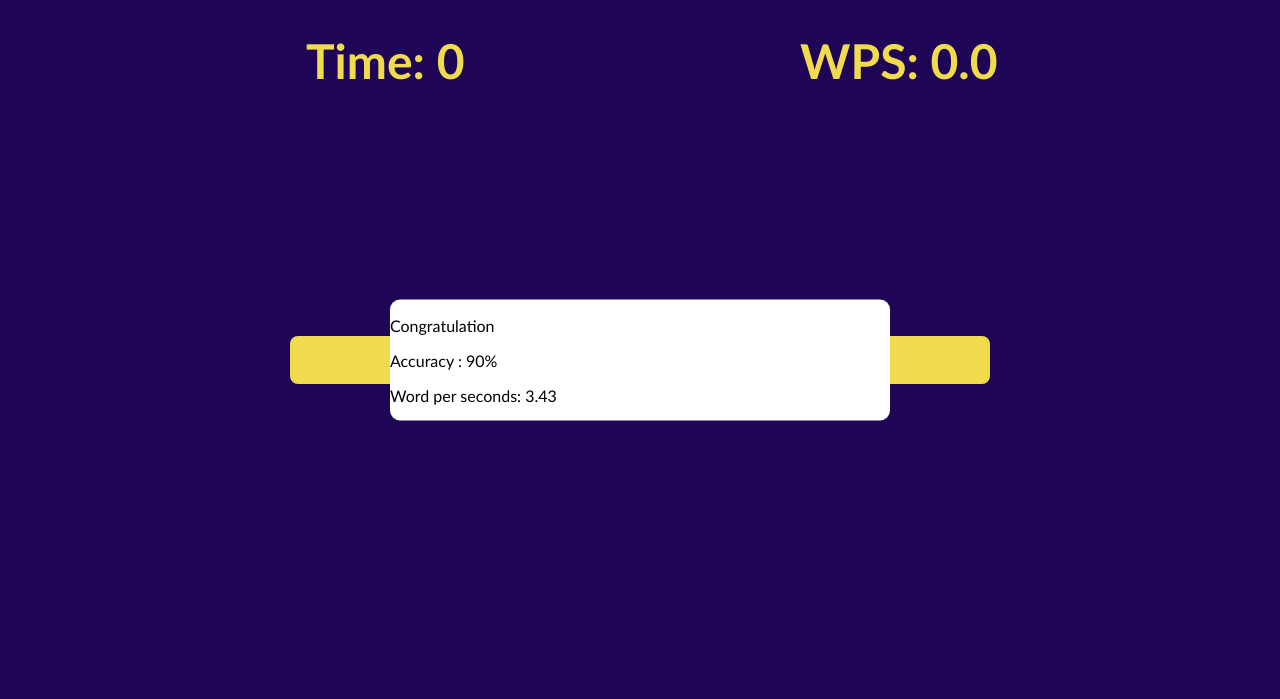
Repository: KhangNguyenIU/Vanilajs-TypingSpeed
Page: index.html
An editor plug-in stored every save of this project. The page is shown before and after the next save, followed by the edit.
The browser window is 1280 px wide. The pictures show the whole page.
The page's requests for data from a server got no answer.

Above is the page before, as saved 2021-10-15 11:11:04.

After the next save:
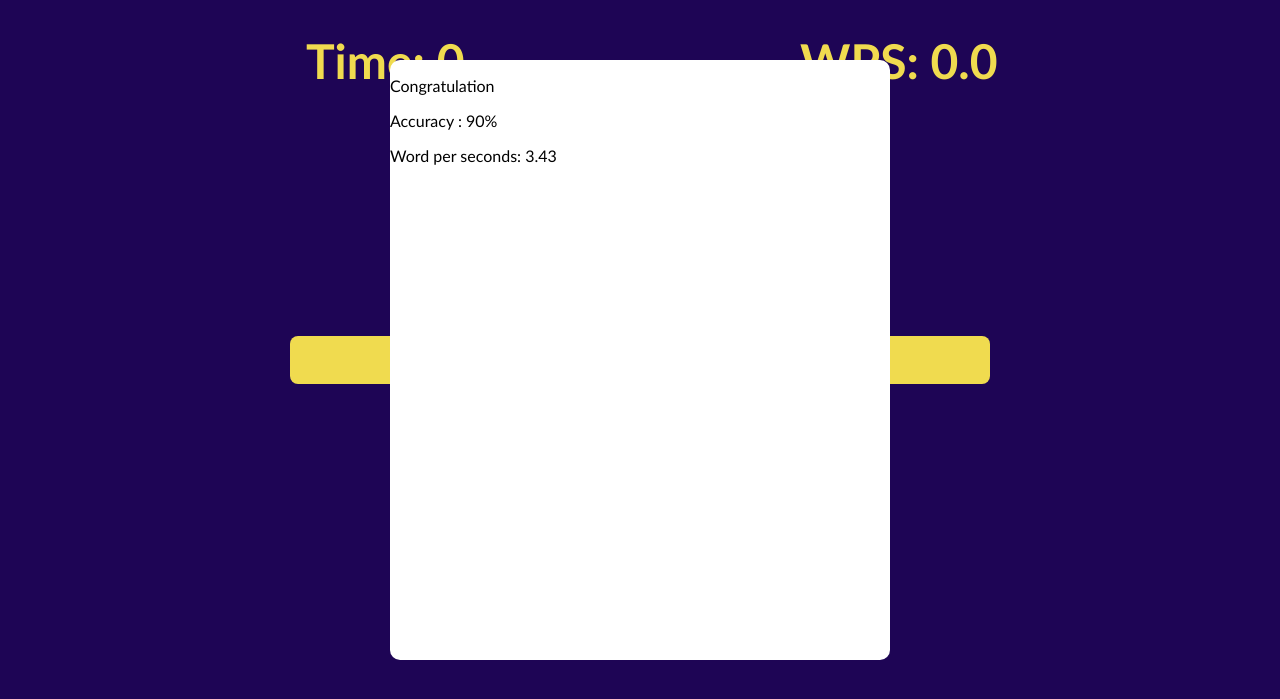
Saved 93 s later.
--- a/style.css
+++ b/style.css
@@ -45,6 +45,7 @@
     z-index: 10;
     background-color: white;
     width: 500px;
+    height: 600px;
     max-width: 80%;
   }
   .timer {
